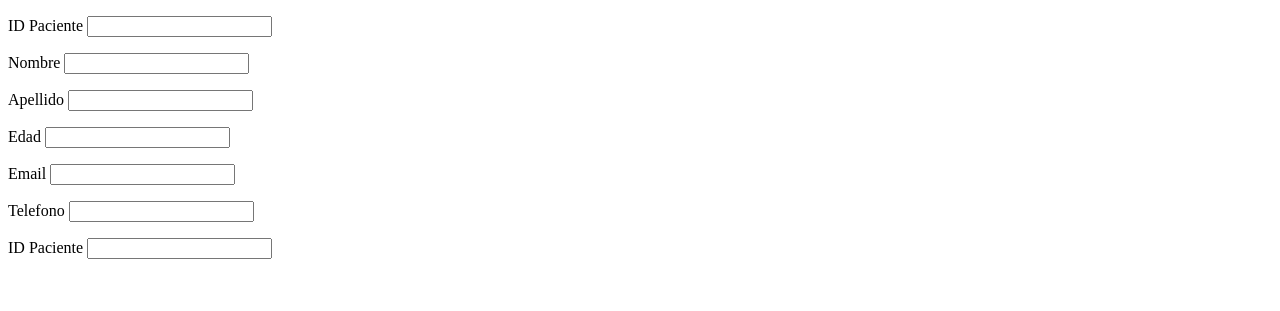
Repository: Divineridh/LPPAChallenges
Page: Trabajos en Clase/ejercicio forms covid/index.html
These files come from the project's save history. The page is drawn as it stood at one moment and after the next save; the edit follows.
The browser window is 1280 px wide. The pictures show the whole page.

Above is the page before, as saved 2022-04-19 20:54:58.

### Trabajos en Clase/ejercicio forms covid/index.html
<!DOCTYPE html>
<html lang="en">
<head>
    <meta charset="UTF-8">
    <meta http-equiv="X-UA-Compatible" content="IE=edge">
    <meta name="viewport" content="width=device-width, initial-scale=1.0">
    <title>Formularios covid</title>
</head>
<body>
    <form>
        <p>
            <label for="idpaciente">ID Paciente</label>
            <input type="text" id="idpaciente" name="idpaciente"><br>
        </p>
        <p>
            <label for="nombre">Nombre</label>
            <input type="text" id="nombre" name="nombre">
        </p>
        <p>
            <label for="apellido">Apellido</label>
            <input type="text" id="apellido" name="apellido"><br>
        </p>
        <p>
            <label for="edad">Edad</label>
            <input type="text" id="edad" name="edad"><br>
        </p>
        <p>
            <label for="email">Email</label>
            <input type="text" id="email" name="email"><br>
        </p>
        <p>
            <label for="telefono">Telefono</label>
            <input type="text" id="telefono" name="telefono"><br>
        </p>
        <p>
            <label for="idpaciente">ID Paciente</label>
            <input type="text" id="idpaciente" name="idpaciente"><br>
        </p>
    </form>
</body>
</html>

After the next save:
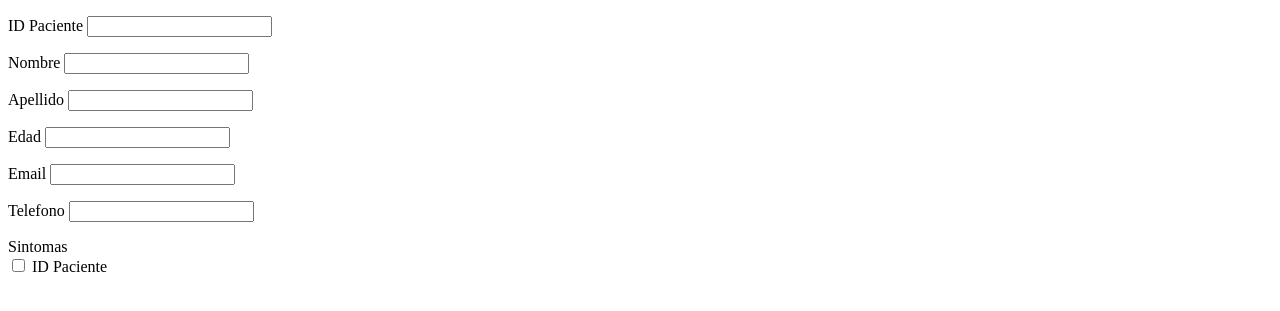
Saved 5 min 12 s later.
--- a/Trabajos en Clase/ejercicio forms covid/index.html
+++ b/Trabajos en Clase/ejercicio forms covid/index.html
@@ -33,8 +33,9 @@
             <input type="text" id="telefono" name="telefono"><br>
         </p>
         <p>
-            <label for="idpaciente">ID Paciente</label>
-            <input type="text" id="idpaciente" name="idpaciente"><br>
+            Sintomas <br>
+            <input type="checkbox" id="fiebre" name="fiebre">
+            <label for="fiebre">ID Paciente</label>
         </p>
     </form>
 </body>
